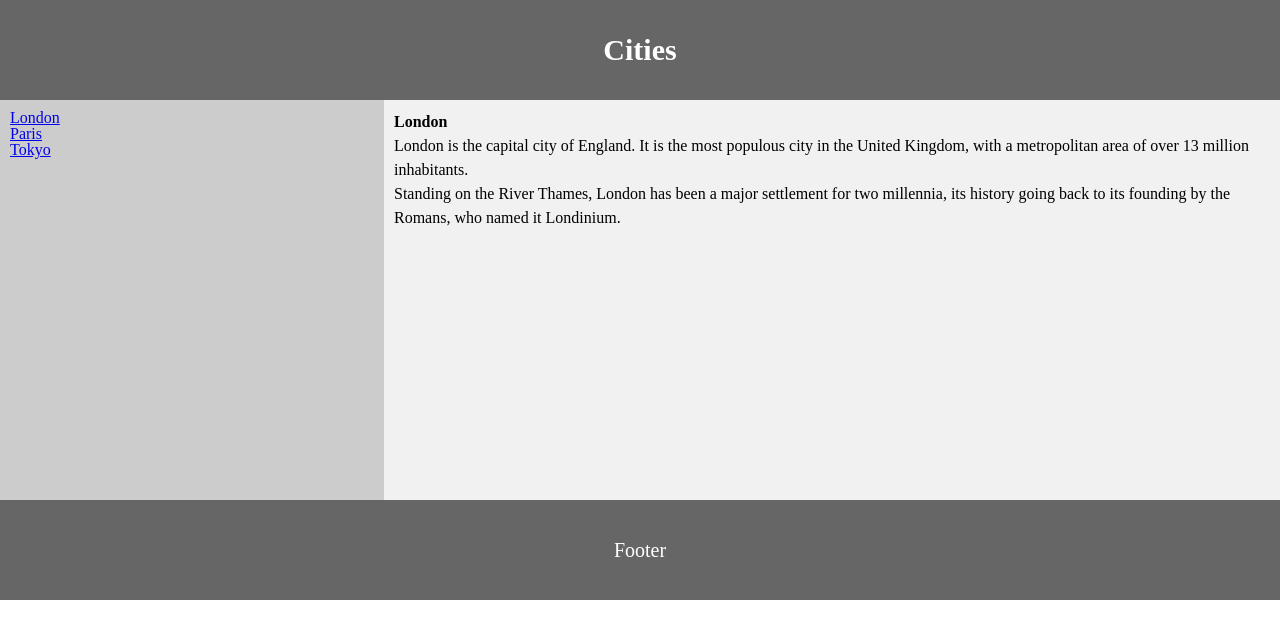
Repository: Tan-Khang21/TH_TKW--Buoi_06
Page: Bai_Tap_Tren_lop/Bai_01/LayoutCSS1.html
The author's editor kept a copy of each file at every save. The page is drawn from the files as they stood at one save, then again after the next save.
The browser window is 1280 px wide. The pictures show the whole page.

Above is the page before, as saved 2024-03-11 19:59:08.

After the next save:
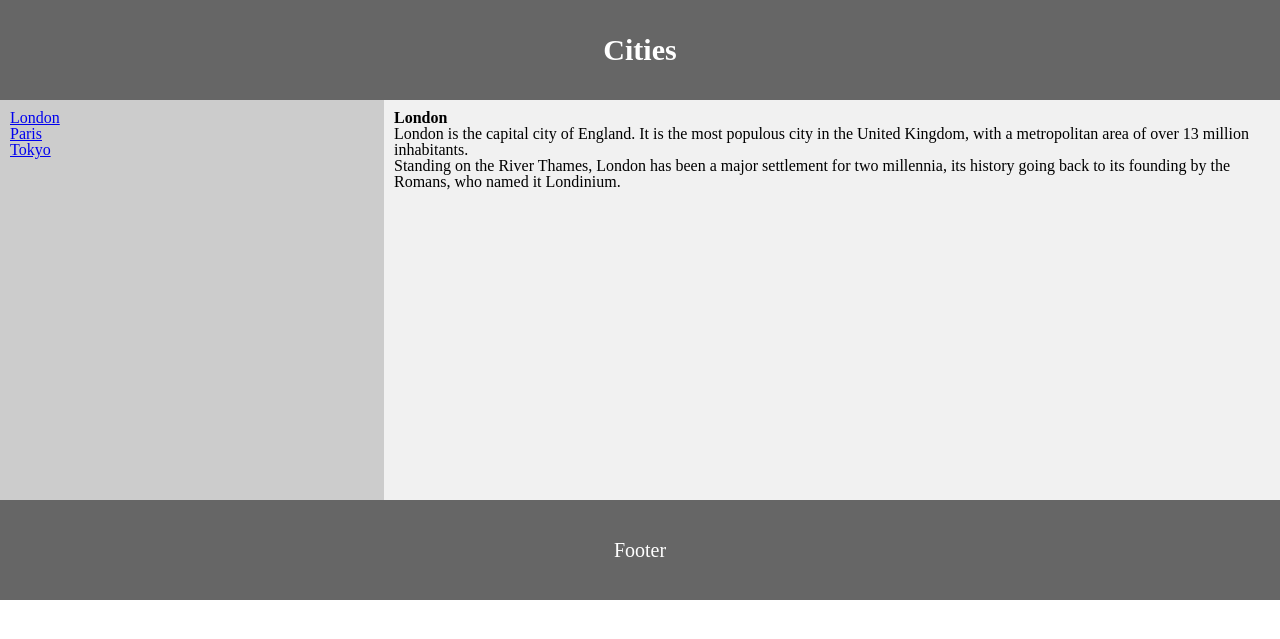
Saved 1 s later.
--- a/Bai_Tap_Tren_lop/Bai_01/style.css
+++ b/Bai_Tap_Tren_lop/Bai_01/style.css
@@ -29,7 +29,6 @@ body {
   background-color: #f1f1f1;
   float: right;
   padding: 10px;
-  line-height: 1.5;
 }
 .Footer {
   width: 100%;
